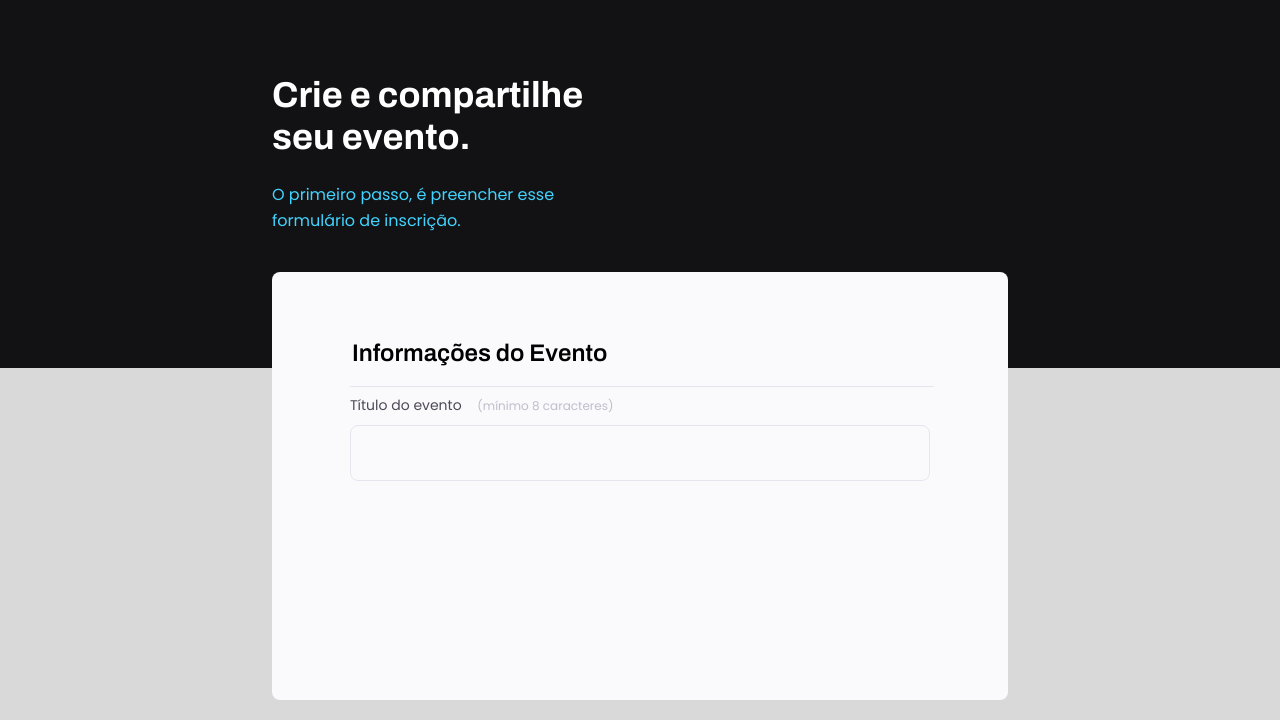
Repository: devMuriloOliveira/Formulario
Page: index.html
The author's editor kept a copy of each file at every save. The page is drawn from the files as they stood at one save, then again after the next save.
The browser window is 1280 px wide. The pictures show the whole page.

Above is the page before, as saved 2023-10-31 20:38:28.

### index.html
<!DOCTYPE html>
<html lang="en">
  <head>
    <link rel="preconnect" href="https://fonts.googleapis.com" />
    <link rel="preconnect" href="https://fonts.gstatic.com" crossorigin />
    <meta charset="UTF-8" />
    <meta name="viewport" content="width=device-width, initial-scale=1.0" />
    <title>Crie seu evento</title>
    <link rel="stylesheet" href="style.css" />

    <link
      href="https://fonts.googleapis.com/css2?family=Archivo:wght@600;700&family=Poppins&display=swap"
      rel="stylesheet"
    />
  </head>
  <body>
    <div class="page">
      <header>
        <h1>Crie e compartilhe seu evento.</h1>
        <p>O primeiro passo, é preencher esse formulário de inscrição.</p>
      </header>

      <form>
        <fieldset>
          <legend>Informações do Evento</legend>

          <div class="input-wrapper">
            <label for="event-title">
              Título do evento <span>(mínimo 8 caracteres)</span>
            </label>

            <input type="text" id="event-title" />
          </div>
        </fieldset>
      </form>
    </div>
  </body>
</html>

### style.css
body{
  font-family: 'Poppins', sans-serif;
  background-color: #D9D9D9;
}

body::before{
  content: '';
  width: 100%;
  height: 368px;

  position: absolute;
  top: 0;
  left: 0;
  z-index: -1;
  background: #121214;
}

.page{
  width: 736px;
  margin: auto;
}

header{
  width: 319px;
  margin-top: 74px;

}

header h1{
  font-family: 'Archivo', sans-serif;
  font-weight: bold;

  font-size: 36px;
  line-height: 42px;
  color: white;
}

header p{
  color: #42D3FF;
  font-size: 16px;
  line-height: 26px;
}

form{
  margin-top: 38px;
  background: #FAFAFC;

  border-radius: 8px;
  min-height: 300px;

  padding: 64px;
}

fieldset{
  border: none;
}

fieldset legend{
  font-family: 'Archivo', 'S';
  font-weight: 600;
  font-size: 24px;
  line-height: 34px;

  width: 100%;
  border-bottom: 1px solid #E6E6F0;

  padding-bottom: 16px;
}

.input-wrapper{
  display: flex;
  flex-direction: column;
}

.input-wrapper label{
  font-size: 14px;
  line-height: 24px;

  color: #4E4958;
  margin-bottom: 8px;
}

.input-wrapper label span{
  margin-left: 12px;

  line-height: 20px;
  font-size: 12px;
  color: #C1BCCC;
}

.input-wrapper input{
  background: var(--shapes-02, #FAFAFC);
  border: 1px solid #E6E6F0;
  border-radius: 8px;
  box-sizing: border-box;
  height: 56px;
}

After the next save:
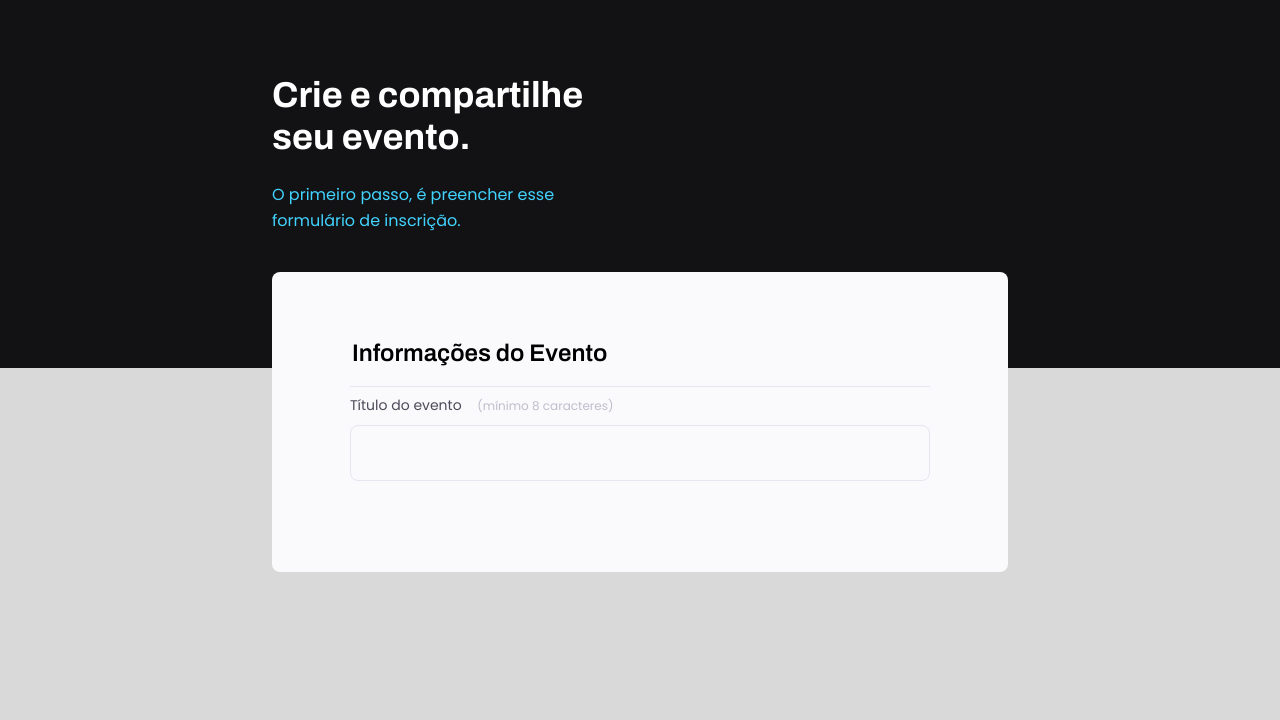
Saved 3 min 7 s later.
--- a/style.css
+++ b/style.css
@@ -1,3 +1,7 @@
+*{
+  box-sizing: border-box;
+}
+
 body{
   font-family: 'Poppins', sans-serif;
   background-color: #D9D9D9;
